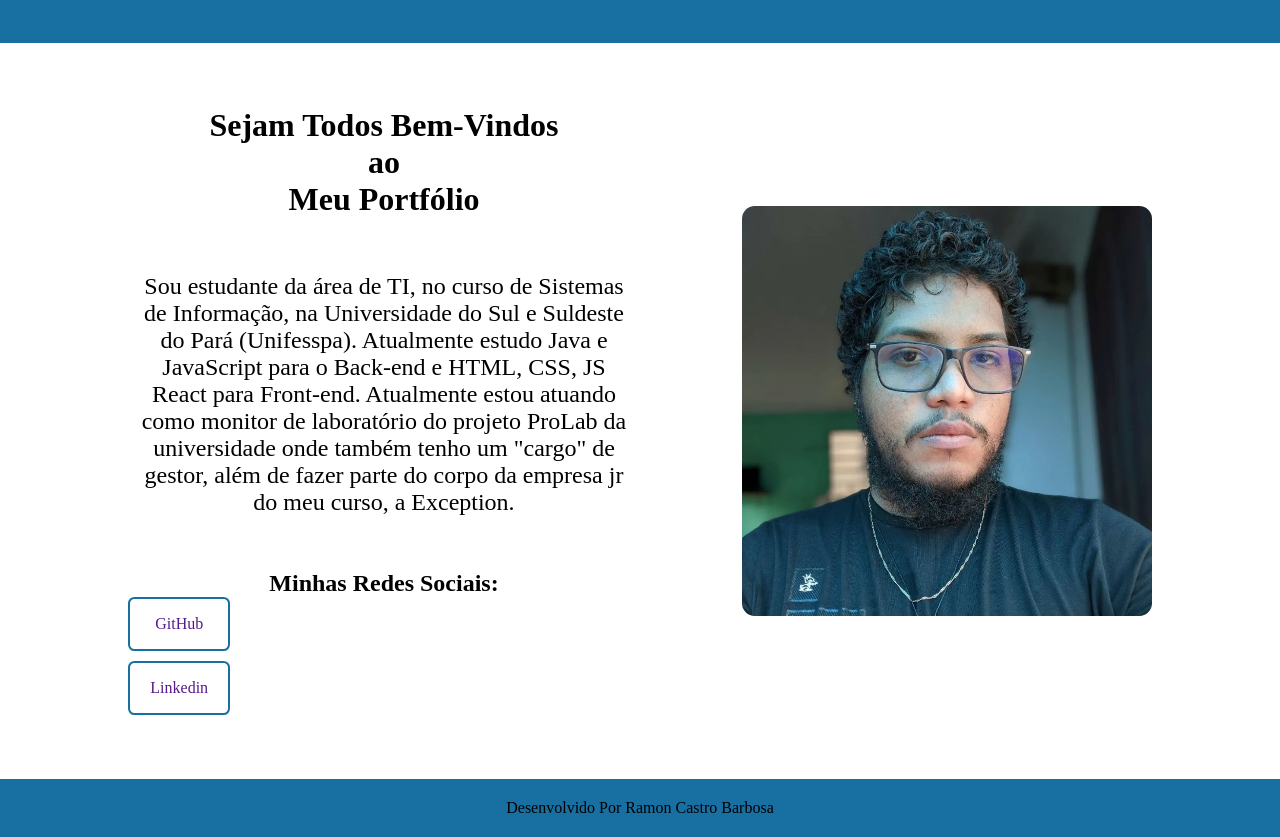
Repository: ramoncbarbosa/Web1_Atividade2
Page: index.html
These files come from the project's save history. The page is drawn as it stood at one moment and after the next save; the edit follows.
The browser window is 1280 px wide. The pictures show the whole page.

Above is the page before, as saved 2023-06-10 16:40:29.

After the next save:
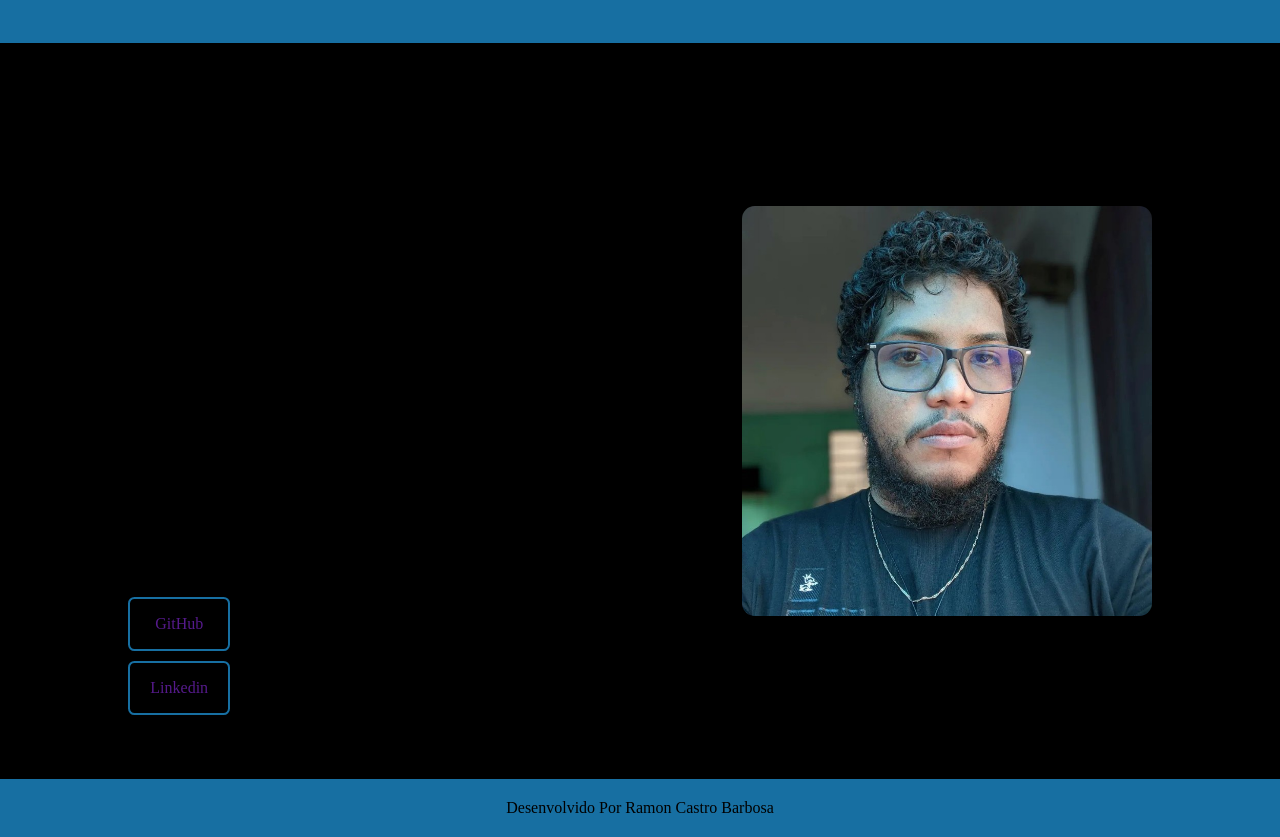
Saved 11 s later.
--- a/styles/styles.css
+++ b/styles/styles.css
@@ -16,6 +16,7 @@ body{
     width: 100%;
     height: 80vh;
     box-sizing: border-box;
+    background-color: var(--cor-tres);
 }
 
 .cabecalho{
